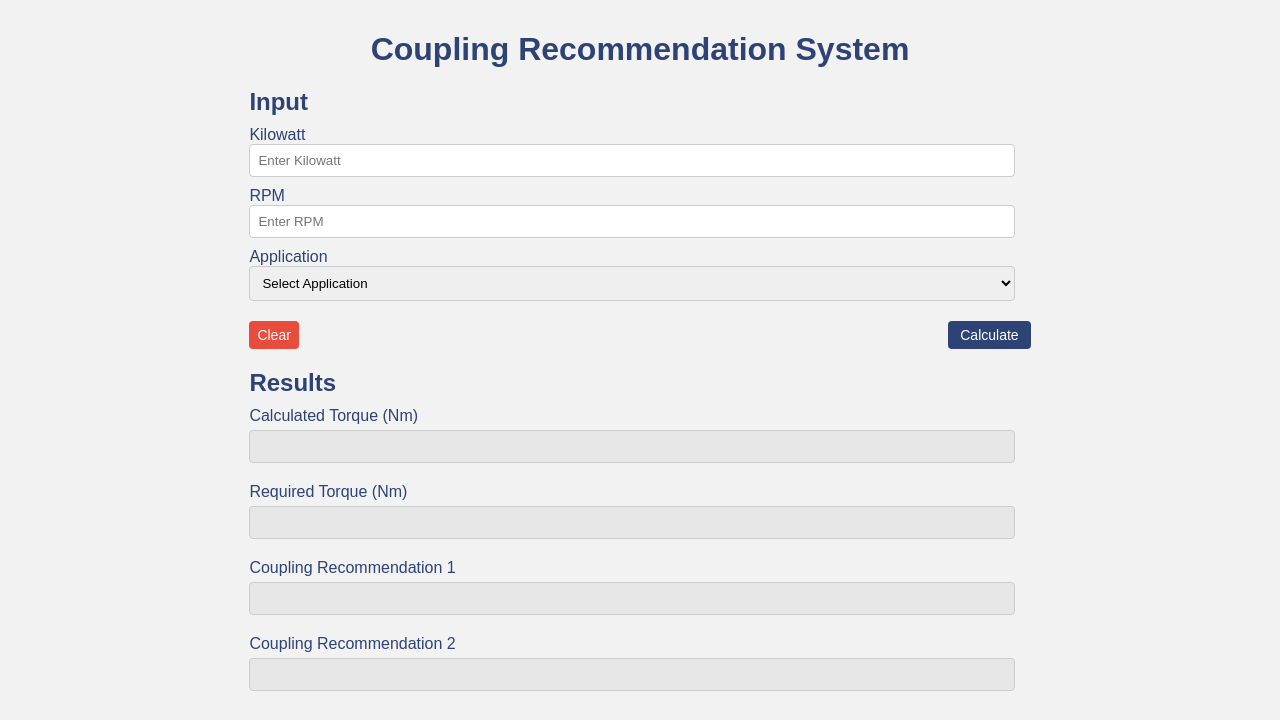
Repository: JustinSadie/calculator
Page: newIndex.html
The author's editor kept a copy of each file at every save. The page is drawn from the files as they stood at one save, then again after the next save.
The browser window is 1280 px wide. The pictures show the whole page.

Above is the page before, as saved 2024-08-25 16:06:55.

### newIndex.html
<!DOCTYPE html>
<html lang="en">
  <head>
    <meta charset="UTF-8" />
    <meta name="viewport" content="width=device-width, initial-scale=1.0" />
    <title>Coupling Recommendation</title>
    <link rel="stylesheet" href="newCSS.css" />
  </head>
  <body>
    <div class="coupling-calculator">
      <h1>Coupling Recommendation System</h1>

      <div class="input-section">
        <h2>Input</h2>
        <label for="kilowatt">Kilowatt</label>
        <input
          type="number"
          id="kilowatt"
          placeholder="Enter Kilowatt"
          required
        />

        <label for="rotationSpeed">RPM</label>
        <input
          type="number"
          id="rotationSpeed"
          placeholder="Enter RPM"
          required
        />

        <label for="application">Application</label>
        <select id="application">
          <option value="">Select Application</option>
          <option value="1.2">Centrifugal Pumps</option>
          <option value="1.2">Fans</option>
          <option value="1.2">Belt Conveyors</option>
          <option value="1.6">Hammermill</option>
          <option value="1.6">Bucket Elevator</option>
          <option value="1.6">Scraper Conveyor</option>
          <option value="2.4">Reciprocating Pump</option>
          <option value="2.4">Compressor(3Cyl or less)</option>
          <option value="2">Crusher</option>
          <option value="2">Calender</option>
          <option value="2">Shaker</option>
          <option value="2">Compressor(4 Cyl or more)</option>
          <option value="4">Steel Mill rolers Tables</option>
          <option value="4">Heavy Reversing Drives</option>
        </select>
        <input
          type="text"
          id="customApplication"
          placeholder="Enter Custom Application"
          style="display: none"
        />

        <div class="button-container">
          <button class="clear" onclick="clearFields()">Clear</button>
          <button onclick="displayResults()">Calculate</button>

        </div>
      </div>

      <div class="output-section">
        <h2>Results</h2>
        <div class="result">
          <label for="torqueResult">Calculated Torque (Nm)</label>
          <input type="text" id="torqueResult" readonly />
        </div>

        <div class="result">
          <label for="coupRat">Required Torque (Nm)</label>
          <input type="text" id="coupRat" readonly />
        </div>

        <div class="result">
          <label for="brCouplingSuggest1">Coupling Recommendation 1</label>
          <input type="text" id="brCouplingSuggest1" readonly />
        </div>

        <div class="result">
          <label for="brCouplingSuggest2">Coupling Recommendation 2</label>
          <input type="text" id="brCouplingSuggest2" readonly />
        </div>
      </div>

      <script src="Coupling generator copy.js"></script>
    </div>
  </body>
</html>

### newCSS.css
/* Overall page styling */
body {
  font-family: Arial, sans-serif;
  margin: 0;
  padding: 0;
  background-color: #f2f2f2;
  color: #2d4275;
  display: flex;
  justify-content: center;
  align-items: center;
  min-height: 100vh;
}

.coupling-caclulator {
  max-width: 50%; /* Make the container half the width of the page */
  margin: 0 auto;
  padding: 20px;
  background-color: #ffffff;
  box-shadow: 0 0 10px rgba(0, 0, 0, 0.1);
  border: 2px solid #2d4275; /* Add border around the container */
  border-radius: 8px;
  box-sizing: border-box; /* Include padding and border in the width */
}

h1 {
  color: #2d4275;
  text-align: center;
  margin-bottom: 20px;
}

/* Input section styling */
.input-section {
  margin-bottom: 20px;
}

.input-section h2 {
  color: #2d4275;
  margin-bottom: 10px;
}

input,
select {
  padding: 8px; /* Make the input fields smaller */
  margin-bottom: 10px;
  width: calc(100% - 16px); /* Adjust width to account for padding and borders */
  border: 1px solid #ccc;
  border-radius: 4px;
  box-sizing: border-box;
}

/* Container for buttons */
.button-container {
  display: flex;
  justify-content: space-between; /* Space between buttons */
  margin-top: 10px; /* Space from the fields above */
}

button {
  padding: 6px 12px; /* Adjust padding if needed */
  background-color: #2d4275;
  color: #ffffff;
  border: none;
  border-radius: 4px;
  cursor: pointer;
  font-size: 14px;

}

button:hover {
  background-color: #1a2a4f;
}

/* Small clear button styling */
button.clear {
  padding: 4px 8px; /* Smaller size for the clear button */
  background-color: #e74c3c; /* A red color for the clear button */
  color: #ffffff;
  border: none;
  border-radius: 4px;
  cursor: pointer;
  font-size: 14px; /* Smaller font size */
}

button.clear:hover {
  background-color: #c0392b; /* Darker red for hover effect */
}


/* Output section styling */
.output-section {
  margin-top: 20px;
}

.output-section h2 {
  color: #2d4275;
  margin-bottom: 10px;
}

.result {
  margin-bottom: 10px;
}

.result label {
  display: block;
  margin-bottom: 5px;
  color: #2d4275;
}

.result input {
  padding: 8px; /* Make the output fields smaller */
  border: 1px solid #ccc;
  border-radius: 4px;
  width: calc(100% - 16px); /* Adjust width to account for padding and borders */
  box-sizing: border-box;
  background-color: #f9f9f9;
}

.result input[readonly] {
  background-color: #e6e6e6;
  cursor: not-allowed;
}

### Coupling generator copy.js
lst = [97,128, 164, 187, 215, 255, 271, 314, 355, 428,
    471, 517, 618, 679, 706, 868, 889, 900,
    1089, 1227, 1296, 1392, 1427, 1641, 1768, 2081,
    2150, 2398, 2551, 2837, 3134, 3343, 3536, 3787,
    4274, 4873, 4963, 5326, 5860, 6645, 6721, 6978,
    7234, 8443, 8806, 9071, 9864, 10172, 10811, 11063,
    12835, 13359, 13870, 14165, 16126, 17502, 18434,
    20135, 20684, 21989, 24153, 28155, 28166, 29107,
    35206, 35584, 38136, 38177, 45784, 48006, 50019,
    52525, 55588, 58182, 68818, 72908, 75800, 79879,
    86627, 99418, 100312, 104658, 136282, 136785,
    152552, 178422, 208020, 234914, 366843
]


const bearingData = {
  black: {
    sizes: [97, 164, 271, 471, 679, 1089, 1641, 2551, 3787, 5326, 6721, 8443, 10811, 18434, 29107, 38177, 52525, 79879],
  },
  yellow: {
    sizes: [128, 215, 355, 618, 889, 1427, 2150, 3343, 4963, 6978, 8806, 11063, 14165, 24153, 38136, 50019, 68818, 104658],
  },
  blue: {
    sizes: [187, 314, 517, 900, 1296, 2081, 3134, 4873, 7234, 10172, 12835, 16126, 20684, 35206, 55588, 72908, 100312, 152552],
  },
  green: {
    sizes: [255, 428, 706, 1227, 1768, 2837, 4274, 6645, 9864, 13870, 17502, 21989, 28155, 48006, 75800, 99418, 136785, 208020],
  },
  red: {
    sizes: [517, 868, 1392, 2398, 3536, 5860, 9071, 13359, 20135, 28166, 35584, 45784, 58182, 86627, 136282, 178422, 234914, 366843],
  },
};

const sizeIndex = {
    "BR_95" : 0,
   "BR_115" : 1,
   "BR_135" : 2,
   "BR_155" : 3,
   "BR_179" : 4,
   "BR_206" : 5,
   "BR_236" : 6,
   "BR_276" : 7,
   "BR_306" : 8,
   "BR_336" : 9,
   "BR_366" : 10,
   "BR_406" : 11,
   "BR_446" : 12,
   "BR_506" : 13,
   "BR_556" : 14,
   "BR_636" : 15,
   "BR_716" : 16,
   "BR_826" : 17,
}


function calculateTorque(){
    var kilowatt = document.getElementById("kilowatt").value;
    var rotationSpeed = document.getElementById("rotationSpeed").value;
    var torque = ((kilowatt *  9550)/rotationSpeed);
    torqueResult = torque.toFixed(2) + " (Nm)";
    return {
        torqueresultText: torqueResult,
        torqueResultNumeric: torque,
    };

}

function getSafetyFactorValue(){
    var serviceFactor = document.getElementById("application").value;
    var customServiceFactor = document.getElementById("customApplication").value.trim();

    if (customServiceFactor) {
        return customServiceFactor;
    } else if (serviceFactor && serviceFactor !== "default") {
        return serviceFactor;
    } else {
        throw new Error("Please select an application or enter a custom application.");
    }
};


function calculateAndSetCouplingRating() {
    try {
        var torque = calculateTorque().torqueResultNumeric;
        var serviceFactor = getSafetyFactorValue();

        if (isNaN(serviceFactor)) {
            throw new Error("Invalid service factor input");
        }
        var couplingRating = Math.round(torque * serviceFactor);
        var couplingRatingResult = couplingRating + " (Nm)";

        return {
            couplingRatingText: couplingRatingResult,
            couplingRatingNumeric: couplingRating,
        };
    } catch (error) {
        console.error("Error in calculateAndSetCouplingRating:", error.message);
        return {
            error: error.message,
        };
    }
}



function nextNearestValue() {

    x = calculateAndSetCouplingRating().couplingRatingNumeric;

    for(const elem of lst){
        if(x <= elem) {
            const nextIndex = lst.indexOf(elem) + 1;
            if (nextIndex < lst.length) {
                return {
                    firstRecommendation : elem,
                    secondrecommendation : lst[nextIndex],
                };
            }
        }
    }
    return {
        firstRecommendation : elem,
        secondrecommendation : "none",
    }
}

function safetyFactor(nnv,torque){
    return (nnv/torque).toFixed(2);
}

function findColorAndSize(value) {
    for (const color in bearingData) {
      const sizes = bearingData[color].sizes;
      const index = sizes.indexOf(value);
      if (index !== -1) {
        const sizeKey = Object.keys(sizeIndex).find((key) => sizeIndex[key] === index);
        return {
          color: color,
          size: sizeKey,
        };
      }
    }
    return null;
}



function displayResults(){
    var newVal = calculateAndSetCouplingRating();
    document.getElementById('torqueResult').value=calculateTorque().torqueresultText;
    document.getElementById('coupRat').value=calculateAndSetCouplingRating().couplingRatingText;

    document.getElementById('brCouplingSuggest1').value=findColorAndSize(nextNearestValue().firstRecommendation).size + " - " + findColorAndSize(nextNearestValue().firstRecommendation).color;
    document.getElementById('brCouplingSuggest2').value=findColorAndSize(nextNearestValue().secondrecommendation).size + " - " + findColorAndSize(nextNearestValue().secondrecommendation).color;
    document.getElementById('sfCouplingSuggest1').value=safetyFactor(nextNearestValue().firstRecommendation, calculateTorque().torqueResultNumeric);
    document.getElementById('sfCouplingSuggest2').value=safetyFactor(nextNearestValue().secondrecommendation, calculateTorque().torqueResultNumeric);
}


function clearTable(){
    document.getElementById('kilowatt').value="";
    document.getElementById('rotationSpeed').value="";
    document.getElementById('serviceFactor').value="";
    document.getElementById('torqueResult').value="";
    document.getElementById('coupRat').value="";
    document.getElementById('brCouplingSuggest1').value="";
    document.getElementById('brCouplingSuggest2').value="";
}

function validateInput(inputId) {
    var inputElement = document.getElementById(inputId);
    var inputValue = inputElement.value.trim();

    if (inputValue === "") {
        alert("Input cannot be empty.");
        return false;
    }

    if (!/^\d+$/.test(inputValue)) {
        alert("Input must contain only numbers.");
        return false;
    }

    return true;
}

function validateForm() {
    if (!validateInput("kilowatt") || !validateInput("rotationSpeed")) {
        return false;
    }
    return true;
}

After the next save:
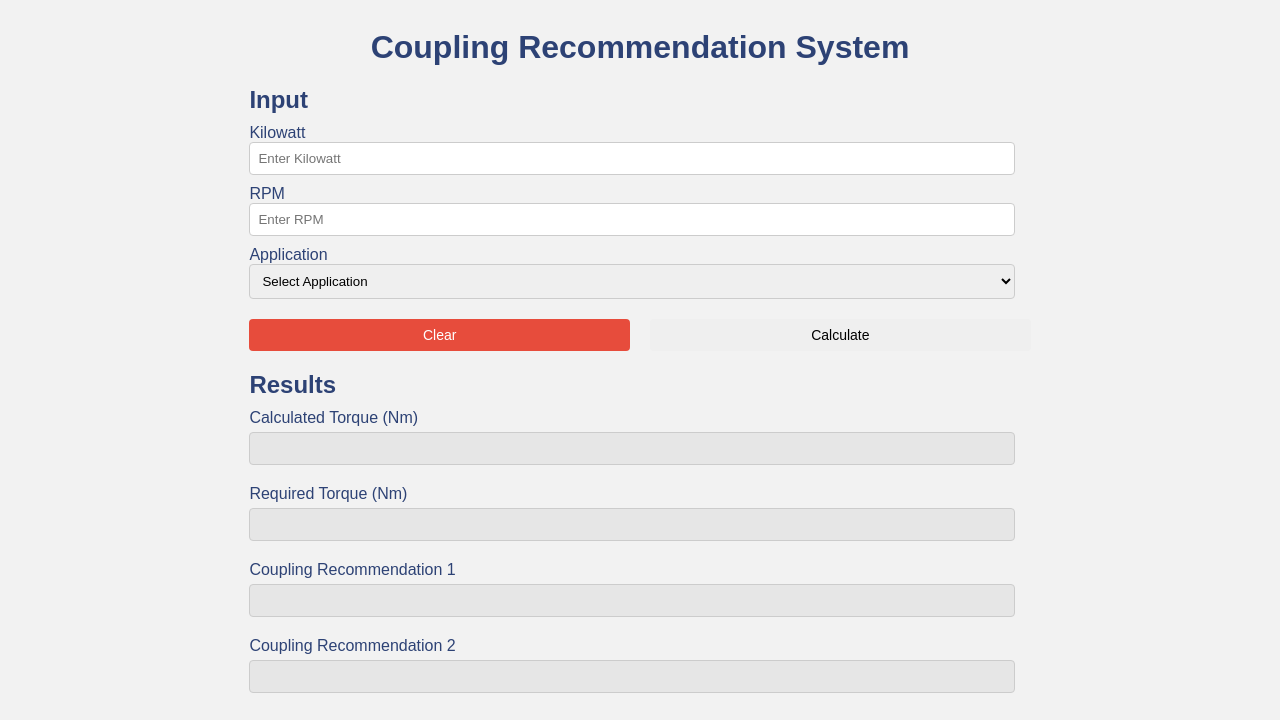
Saved 2 min 13 s later.
--- a/newCSS.css
+++ b/newCSS.css
@@ -56,15 +56,16 @@
 }
 
 button {
-  padding: 6px 12px; /* Adjust padding if needed */
-  background-color: #2d4275;
-  color: #ffffff;
+  width: calc(50% - 10px); /* Make buttons the same width as the form fields */
+  padding: 8px; /* Adjust padding as needed */
   border: none;
   border-radius: 4px;
   cursor: pointer;
   font-size: 14px;
+  box-sizing: border-box; /* Include padding and border in width calculation */
+}
 
-}
+
 
 button:hover {
   background-color: #1a2a4f;

After the save that followed:
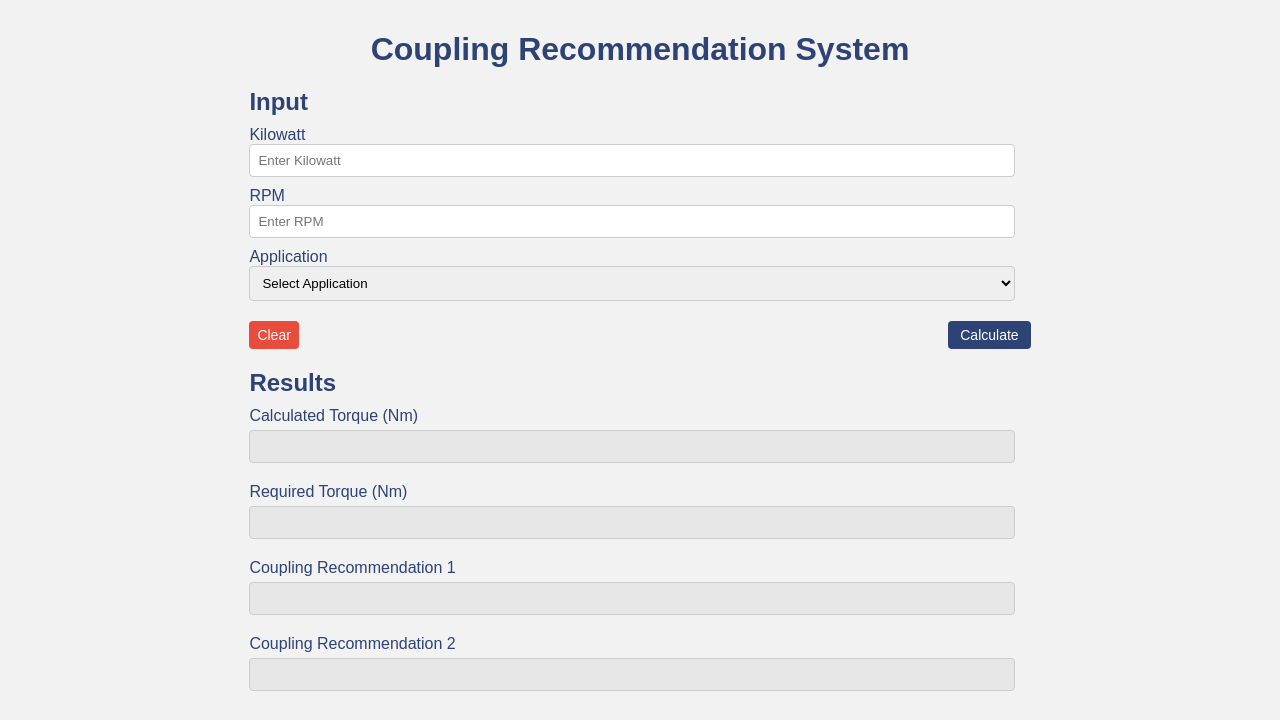
Saved 15 s later.
--- a/newCSS.css
+++ b/newCSS.css
@@ -56,16 +56,15 @@
 }
 
 button {
-  width: calc(50% - 10px); /* Make buttons the same width as the form fields */
-  padding: 8px; /* Adjust padding as needed */
+  padding: 6px 12px; /* Adjust padding if needed */
+  background-color: #2d4275;
+  color: #ffffff;
   border: none;
   border-radius: 4px;
   cursor: pointer;
   font-size: 14px;
-  box-sizing: border-box; /* Include padding and border in width calculation */
+
 }
-
-
 
 button:hover {
   background-color: #1a2a4f;
